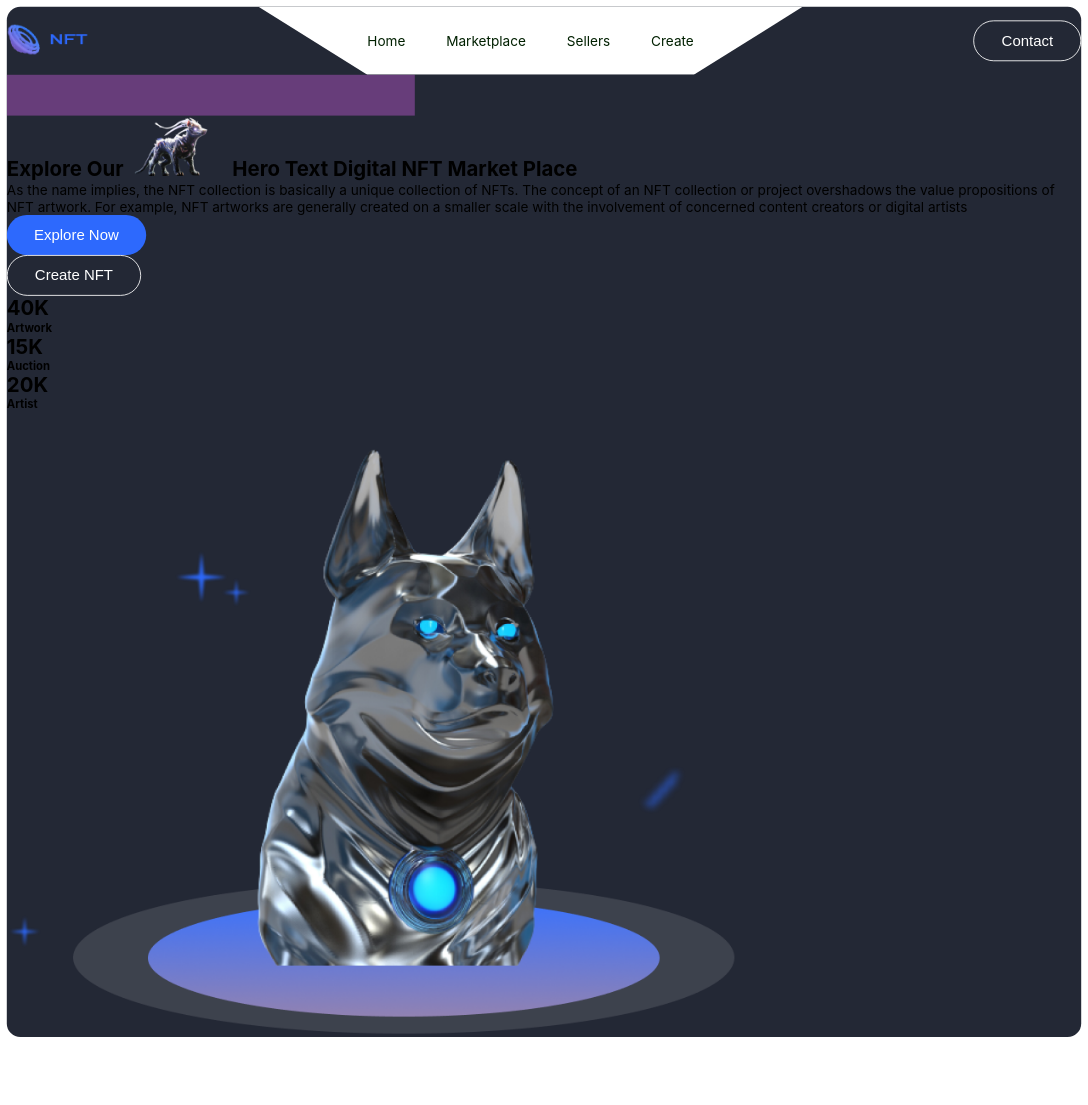
Repository: Ellisvelandia/NFT
Page: /
An editor plug-in stored every save of this project. The page is shown before and after the next save, followed by the edit.
The browser window is 1280 px wide. The pictures show the whole page, at 85% of full size.
The project was rebuilt for these pictures with package versions that can differ from the ones it lists, and the page was loaded fresh each time.

Above is the page before, as saved 2022-08-21 15:18:14.

### src/index.css
* {
  margin: 0;
  padding: 0;
  box-sizing: border-box;
}

body {
  margin: 0;
  font-family: -apple-system, BlinkMacSystemFont, "Segoe UI", "Roboto", "Oxygen",
    "Ubuntu", "Cantarell", "Fira Sans", "Droid Sans", "Helvetica Neue",
    sans-serif;
  -webkit-font-smoothing: antialiased;
  -moz-osx-font-smoothing: grayscale;
}

html {
  scroll-behavior: smooth;
}

### src/App.js
import React from 'react'
import Home from './components/Home'

export default function App() {
  return (
    <div>
      <Home/>
    </div>
  )
}

### src/components/Home.jsx
import React from "react";
import Navbar from "./Navbar";
import styled from "styled-components";
import hero from "../assets/hero.png";
import heroText from "../assets/heroText.png";
import Button from "./Button";

export default function Home() {
  return (
    <Section>
      <Navbar />
      <div className="ellipse"></div>
      <div className="container">
        <div className="content">
          <h1>
            Explore Our
            <span>
              <img src={heroText} alt="hero text" />
            </span>
            Hero Text Digital NFT Market Place
          </h1>
          <p>
            As the name implies, the NFT collection is basically a unique
            collection of NFTs. The concept of an NFT collection or project
            overshadows the value propositions of NFT artwork. For example, NFT
            artworks are generally created on a smaller scale with the
            involvement of concerned content creators or digital artists
          </p>
          <div className="buttons">
            <Button blue text="Explore Now" />
            <Button text="Create NFT" />
          </div>
          <div className="data">
            <div className="dataTab">
              <h2>40K</h2>
              <h5>Artwork</h5>
            </div>
            <div className="dataTab">
              <h2>15K</h2>
              <h5>Auction</h5>
            </div>
            <div className="dataTab">
              <h2>20K</h2>
              <h5>Artist</h5>
            </div>
          </div>
        </div>
      </div>
      <div className="image">
        <img src={hero} alt="hero" />
      </div>
    </Section>
  );
}

const Section = styled.section`
  margin: 0.5rem;
  background-color: #232835;
  border-radius: 1rem;
  position:relative;
  overflow:hidden;
  margin-bottom:5rem;
  .ellipse {
    height:3rem;
    width:30rem;
    background-color:#ae54c27d;
    opacity:;
  }
  `;

### src/components/Navbar.jsx
import React from "react";
import styled from "styled-components";
import logo from "../assets/logo.png";
import Button from "./Button";

export default function Navbar() {
  return (
    <Nav>
      <div className="brand">
        <img src={logo} alt="logo" />
      </div>
      <div className="toggle"></div>
      <div className="links">
        <ul>
          <li>
            <a href="#">Home</a>
          </li>
          <li>
            <a href="#">Marketplace</a>
          </li>
          <li>
            <a href="#">Sellers</a>
          </li>
          <li>
            <a href="#">Create</a>
          </li>
        </ul>
      </div>
      <Button text="Contact" />
    </Nav>
  );
}

const Nav = styled.nav`
  display: flex;
  justify-content: space-between;
  align-items: center;
  margin: 0 2 rem;
  .toggle {
    display: none;
  }
  .links {
    height: 4rem;
    display: flex;
    justify-conetent: center;
    align-items: center;
    background-color: white;
    clip-path: polygon(0 0, 100% 0, 80% 100%, 20% 100%);
    padding: 2.5rem 8rem;
    ul {
      display: flex;
      list-style-type: none;
      gap: 3rem;
      li {
        a {
          color:#002000;
          text-decoration:none;
          transition:0.4s ease-in-out;
          &:hover {
            color:#2d69fd;
          }
        }
      }
    }
  }
`;

### src/components/Button.jsx
import React from "react";
import styled from "styled-components";

export default function Button({ text, blue = false }) {
  return (
    <Div>
      <button className={`${blue ? "blue" : ""}`}>{text}</button>
    </Div>
  );
}

const Div = styled.div`
  button {
    border-radius: 4rem;
    padding: 0.8rem 2rem;
    border: none;
    color: white;
    font-size: 1.1rem;
    cursor: pointer;
    :not(.blue) {
      background-color: transparent;
      border: 1px solid white;
    }
  }
  .blue {
    background-color: #2d69fd;
  }
`;

Loaded but not shown: public/index.html (common file); src/index.js (common file)

After the next save:
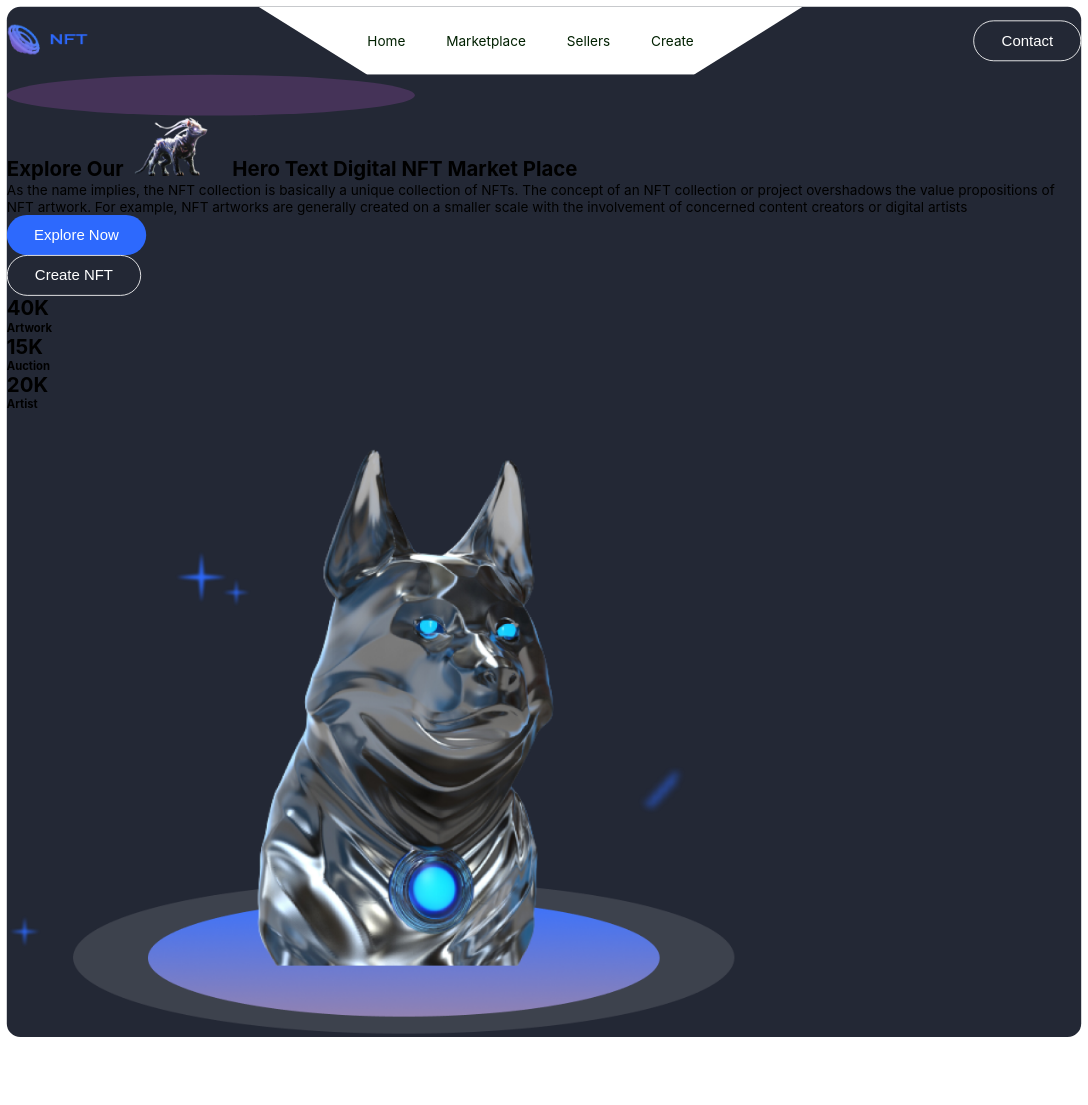
Saved 9 s later.
--- a/src/components/Home.jsx
+++ b/src/components/Home.jsx
@@ -64,6 +64,8 @@
     height:3rem;
     width:30rem;
     background-color:#ae54c27d;
-    opacity:;
+    opacity:0.5;
+    border-radius:100%;
+
   }
   `;
